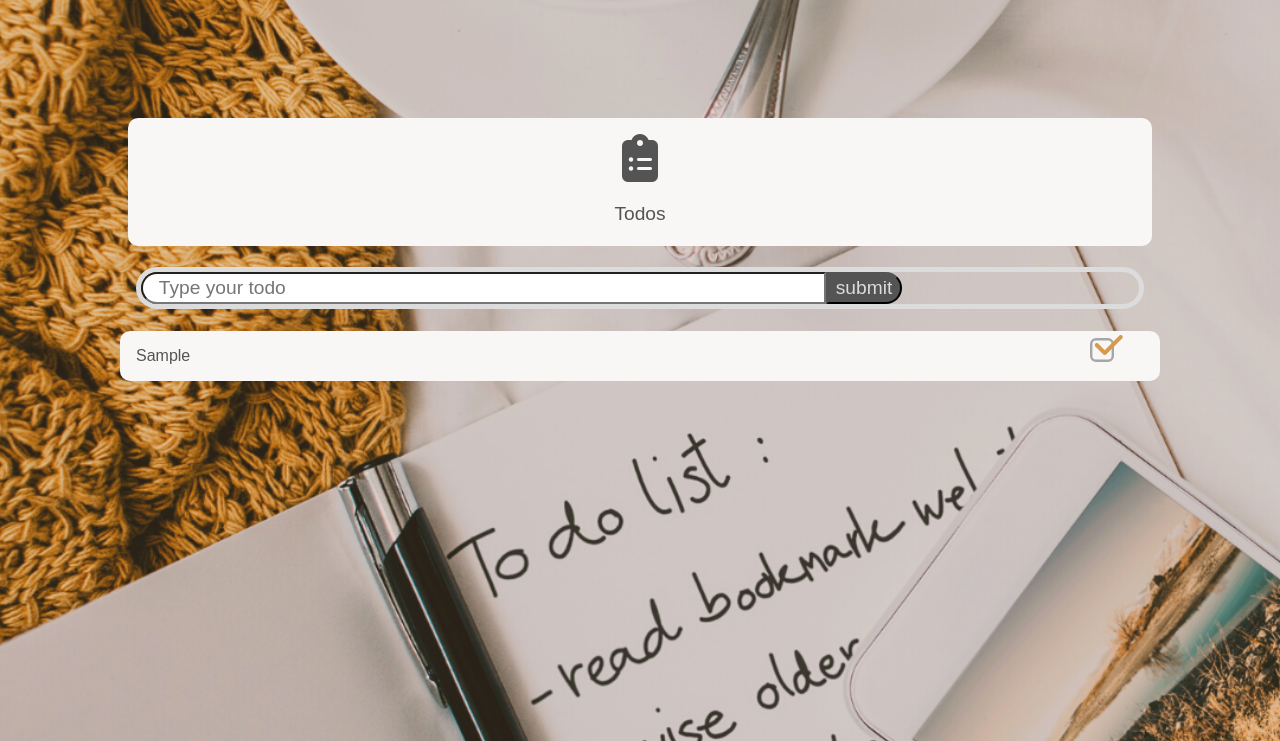
Repository: ShindanoSingi/My-Channel-Videos
Page: index.html
An editor plug-in stored every save of this project. The page is shown before and after the next save, followed by the edit.
The browser window is 1280 px wide. The pictures show the whole page.
Empty fields were first filled with sample values (such as "Sample", 5 or name@example.com).
After loading, the first visible `#submit-button` was clicked once.
Some web libraries are served in a nearby version.

Above is the page before, as saved 2023-07-18 22:57:58.

After the next save:
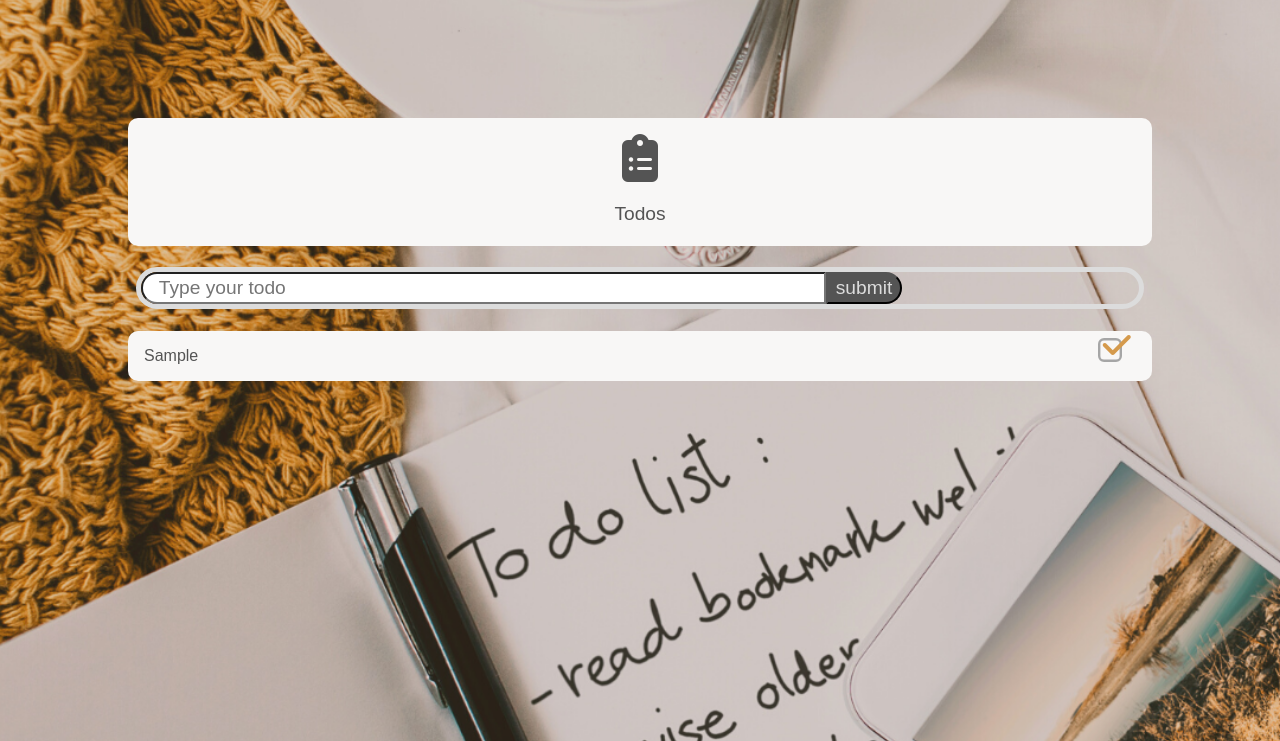
Saved 42 s later.
--- a/style.css
+++ b/style.css
@@ -122,7 +122,6 @@ div.text{
     align-items: center;
     background-color: var(--background-color);
     border-radius: var(--border-radius);
-    padding-right: 1rem;
 }
 
 .div-checkbox-containers-parent{
